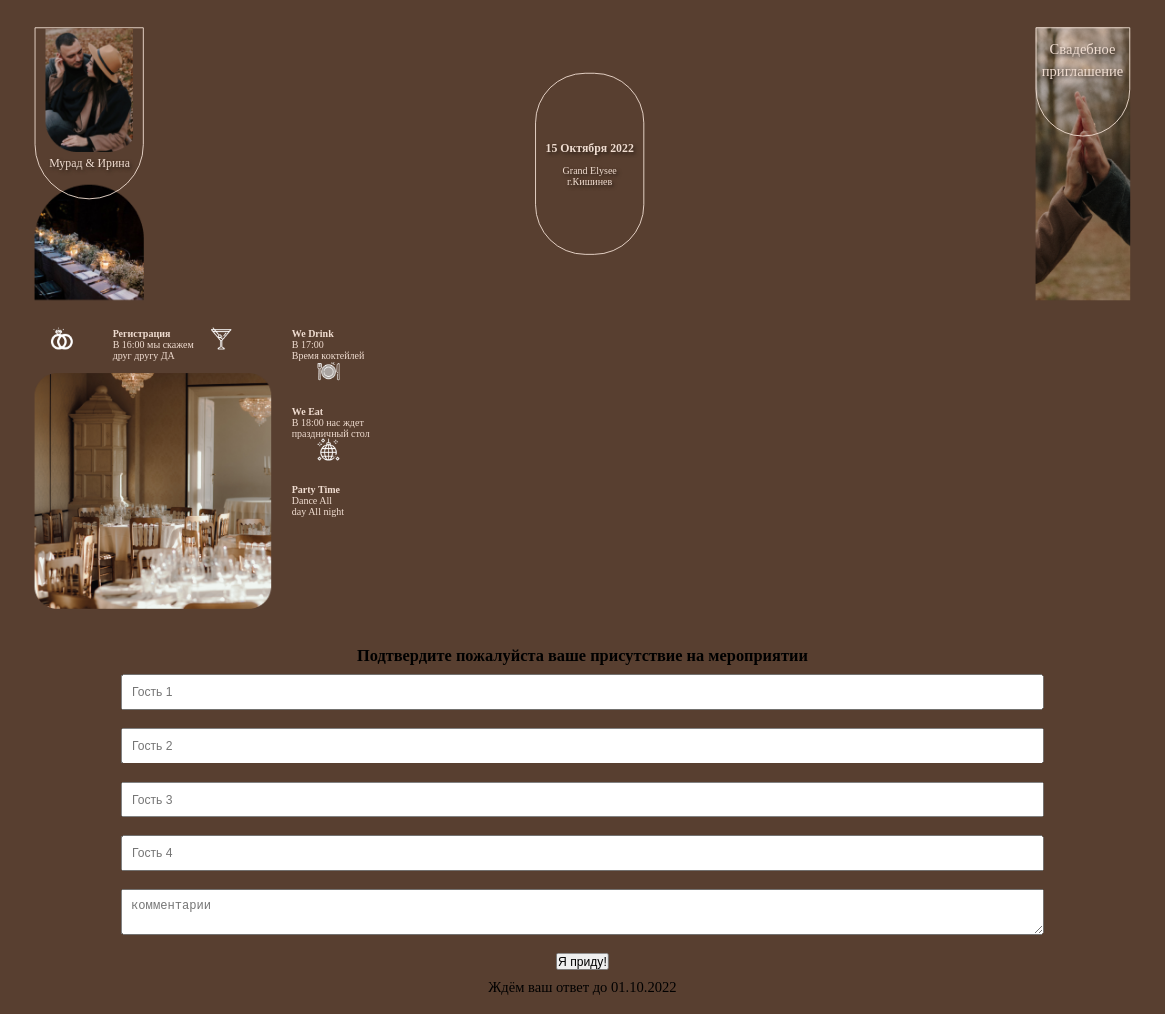
Repository: Anthony8845/wedding_invitation
Page: index.html
The author's editor kept a copy of each file at every save. The page is drawn from the files as they stood at one save, then again after the next save.
The browser window is 1280 px wide. The pictures show the whole page, at 91% of full size.

Above is the page before, as saved 2022-07-29 18:40:57.

After the next save:
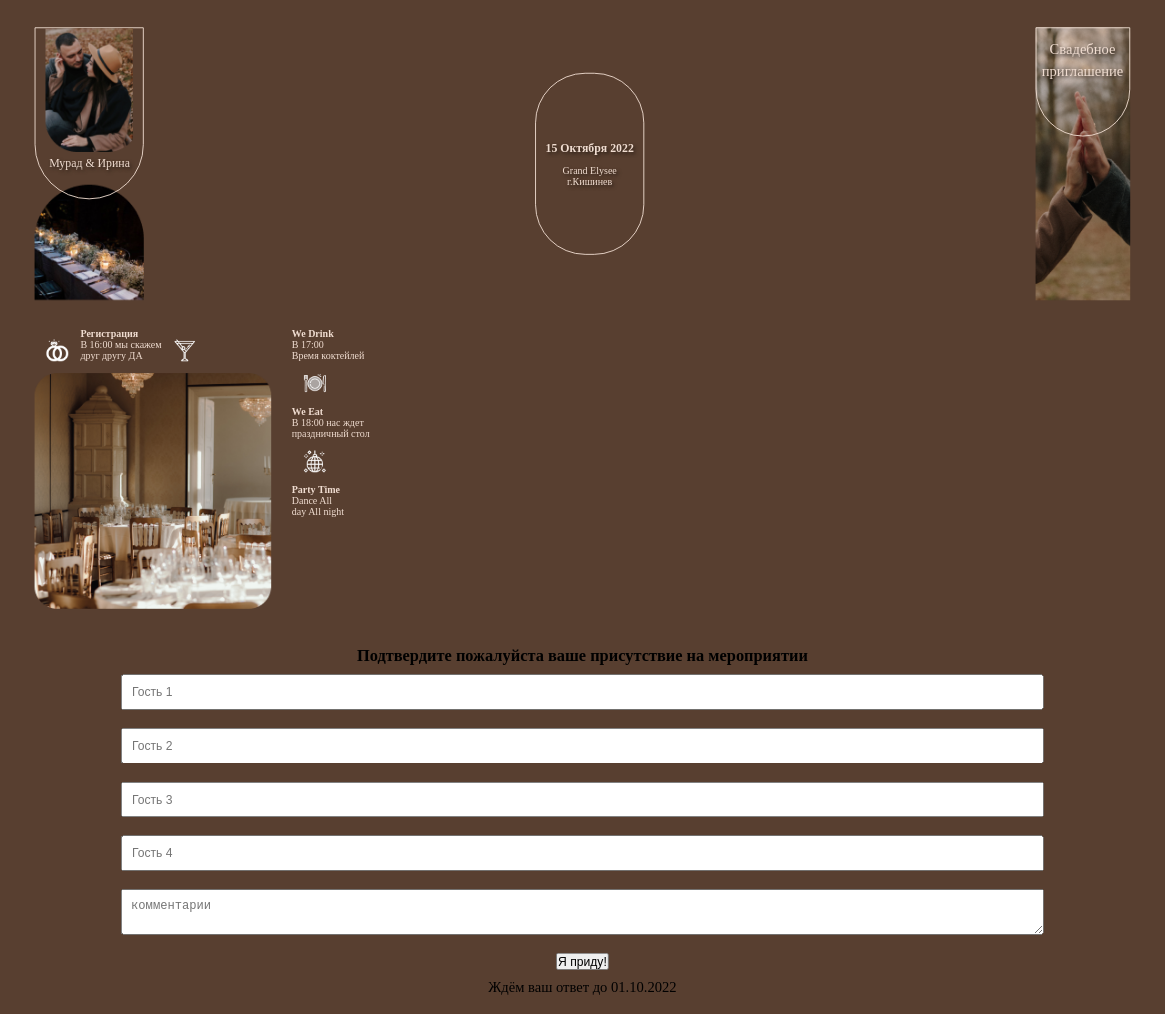
Saved 2 min 38 s later.
--- a/style.css
+++ b/style.css
@@ -102,7 +102,10 @@ body{
 }
 
 .block_icon{
-    margin: 0 auto;
+    display: flex;
+    justify-content: center;
+    align-items: center;
+    /* margin: 0 auto; */
     width: 50px;
     height: 50px;
 }
